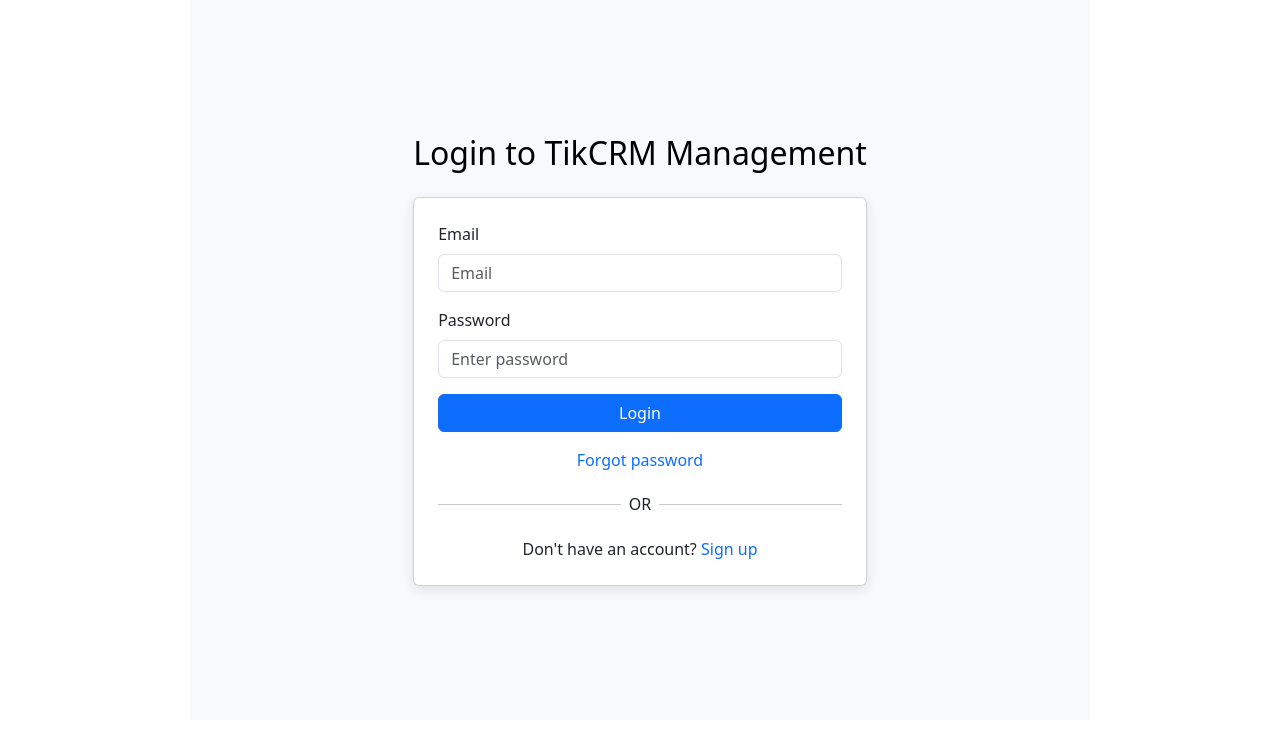
Repository: chaolaolo/tikcrm-fe
Page: /
An editor plug-in stored every save of this project. The page is shown before and after the next save, followed by the edit.
The browser window is 1280 px wide. The pictures show the whole page.
The project was rebuilt for these pictures with package versions that can differ from the ones it lists, and the page was loaded fresh each time. Also part of the build but not shown: vite.config.ts, src/pages/Home/Settings.tsx, src/pages/Home/HomePage.tsx. Imported but missing from the stored project, and not drawn on this page: src/pages/Home/Dashboard, src/pages/Register/RegisterPage.

Above is the page before, as saved 2025-05-22 21:33:29.

After the next save:
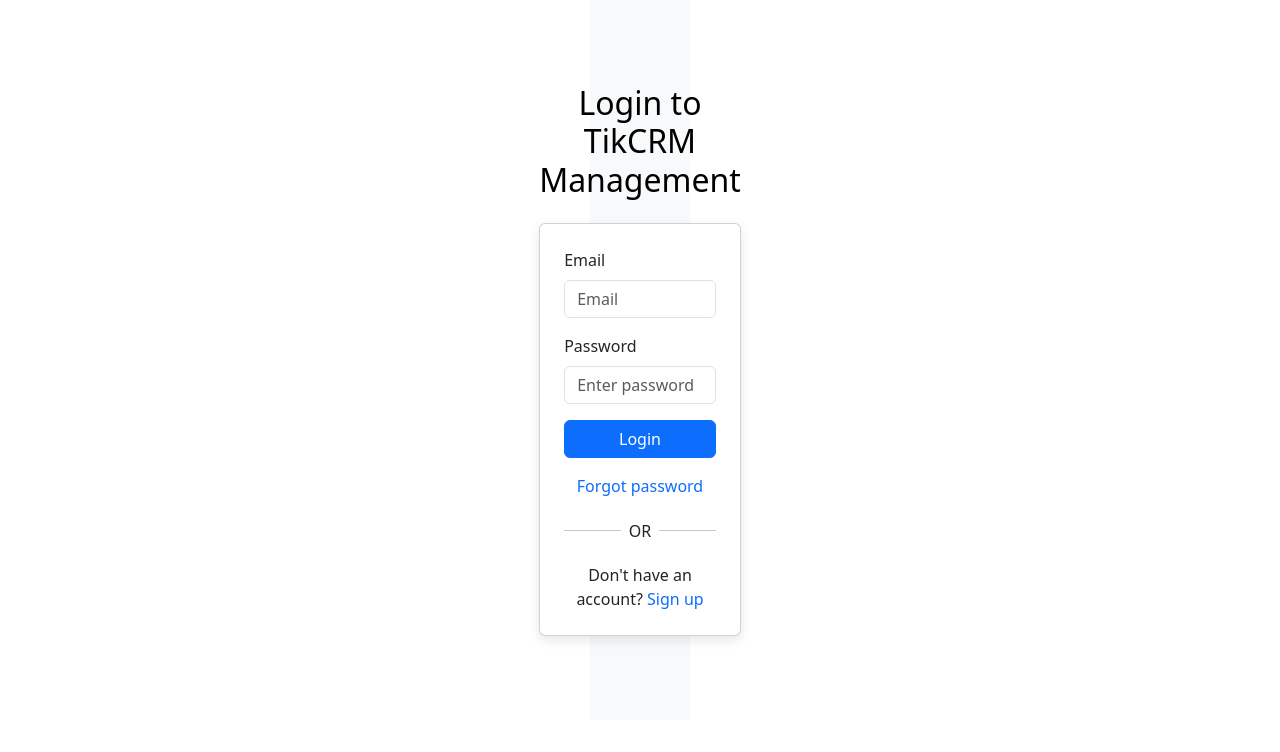
Saved 5 s later.
--- a/src/pages/Auth/LoginPage.tsx
+++ b/src/pages/Auth/LoginPage.tsx
@@ -3,7 +3,7 @@
 
 const LoginPage: React.FC = () => {
   return (
-    <div className="container d-flex justify-content-center align-items-center bg-light" style={{ minHeight: '100vh', width: '900px' }}>
+    <div className="container d-flex justify-content-center align-items-center bg-light" style={{ minHeight: '100vh', width: '100px' }}>
       <div>
         <h2 className="text-center mb-4 text-black">Login to TikCRM Management</h2>
         <div className="card p-4" style={{ width: '100%', maxWidth: '600px', minWidth: '50%', boxShadow: '0 4px 12px rgba(0, 0, 0, 0.1)' }}>

After the save that followed:
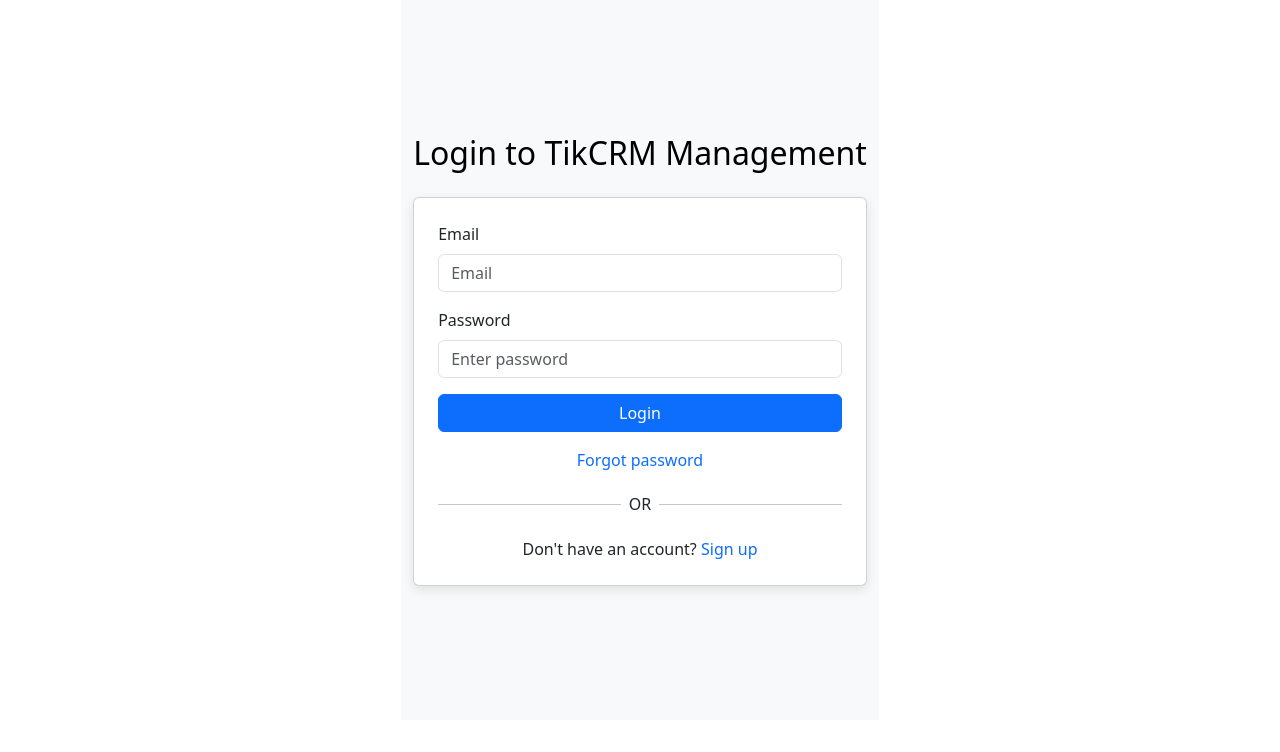
Saved 7 s later.
--- a/src/pages/Auth/LoginPage.tsx
+++ b/src/pages/Auth/LoginPage.tsx
@@ -3,7 +3,7 @@
 
 const LoginPage: React.FC = () => {
   return (
-    <div className="container d-flex justify-content-center align-items-center bg-light" style={{ minHeight: '100vh', width: '100px' }}>
+    <div className="container d-flex justify-content-center align-items-center bg-light" style={{ minHeight: '100vh', width: '100%' }}>
       <div>
         <h2 className="text-center mb-4 text-black">Login to TikCRM Management</h2>
         <div className="card p-4" style={{ width: '100%', maxWidth: '600px', minWidth: '50%', boxShadow: '0 4px 12px rgba(0, 0, 0, 0.1)' }}>
